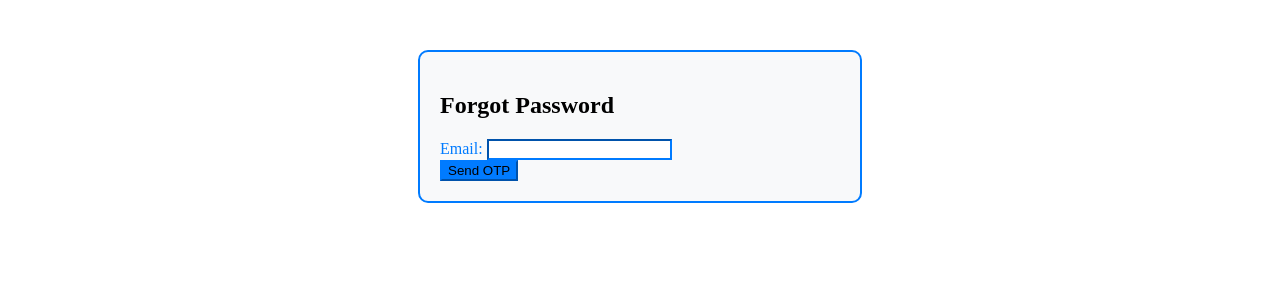
Repository: thatipallyvinod/AdvanceJava
Page: Gaming Project/src/main/webapp/psw.html
The author's editor kept a copy of each file at every save. The page is drawn from the files as they stood at one save, then again after the next save.
The browser window is 1280 px wide. The pictures show the whole page.

Above is the page before, as saved 2024-03-18 16:28:31.

After the next save:
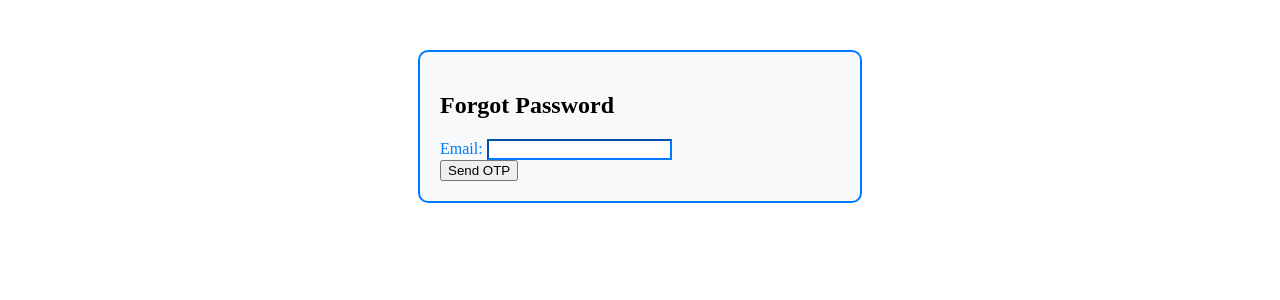
Saved 84 s later.
--- a/Gaming Project/src/main/webapp/psw.html
+++ b/Gaming Project/src/main/webapp/psw.html
@@ -36,13 +36,13 @@
 </head>
 <body>
     <div class="container">
-        <h2 class="text-center mb-4">Forgot Password</h2>
+        <h2 class="text-center">Forgot Password</h2>
         <form id="forgot-password-form" onsubmit="return sendOTP()">
             <div class="form-group">
-                <label for="email">Email:</label>
+                <label class="text-center" for="email">Email:</label>
                 <input type="email" class="form-control" id="email" required>
             </div>
-            <button type="submit" class="btn btn-primary btn-block">Send OTP</button>
+            <button type="submit" class="text-center"  class="btn btn-primary btn-block">Send OTP</button>
         </form>
     </div>
 

After the save that followed:
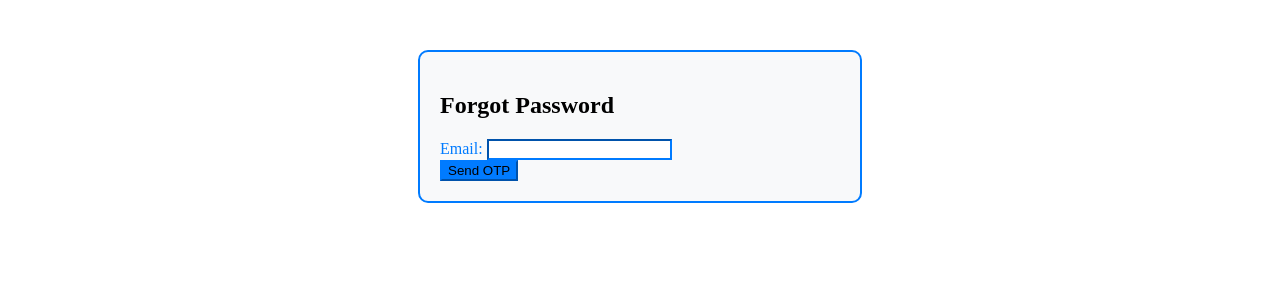
Saved 9 s later.
--- a/Gaming Project/src/main/webapp/psw.html
+++ b/Gaming Project/src/main/webapp/psw.html
@@ -42,7 +42,7 @@
                 <label class="text-center" for="email">Email:</label>
                 <input type="email" class="form-control" id="email" required>
             </div>
-            <button type="submit" class="text-center"  class="btn btn-primary btn-block">Send OTP</button>
+            <button type="submit"   class="btn btn-primary btn-block">Send OTP</button>
         </form>
     </div>
 
